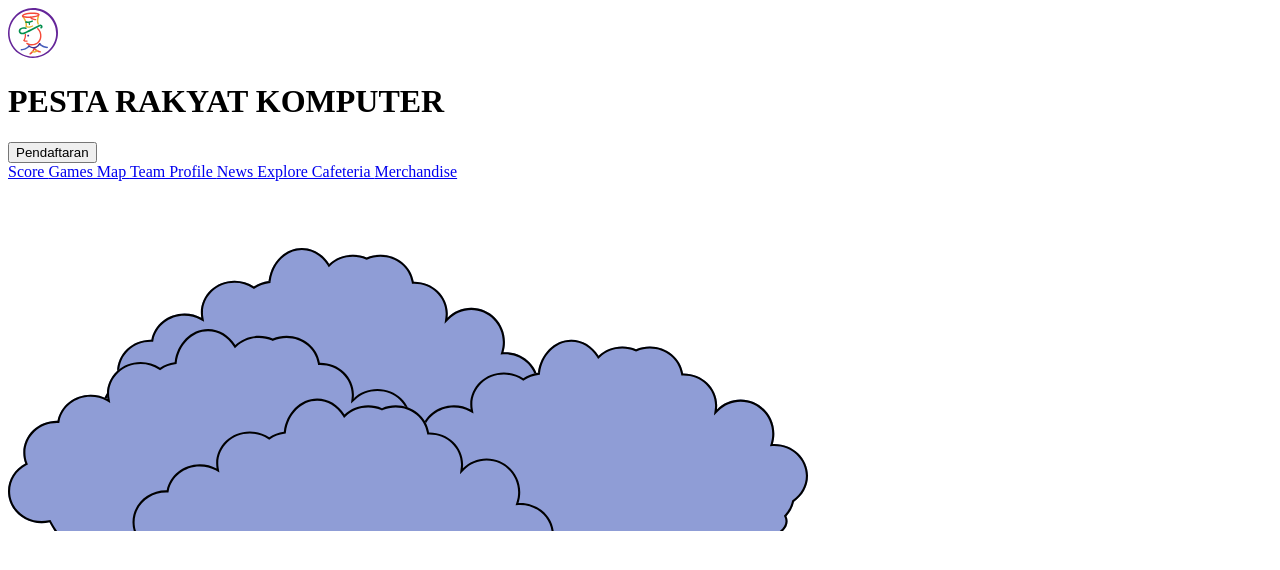
Repository: risalstrr/RegistPerak
Page: /
These files come from the project's save history. The page is drawn as it stood at one moment and after the next save; the edit follows.
The browser window is 1280 px wide. The pictures show the whole page.
The project was rebuilt for these pictures with package versions that can differ from the ones it lists, and the page was loaded fresh each time. The framework's server and built-in components were replaced by stand-ins that run in the browser. Also part of the build but not shown: next.config.js.

Above is the page before, as saved 2021-12-29 18:36:42.

### pages/index.js
import Head from 'next/head'
import Image from 'next/image'
import { useState } from 'react'
// import styles from '../styles/Home.module.css'

export default function Home() {
    const [isMobile, setIsMobile] = useState(false)
    return ( <
        div className = "bg-[#EBC761] w-full min-h-screen" >
        <
        Head >
        <
        title > Homepage Pendaftaran < /title> <
        /Head> <
        div className = 'z-10 flex flex-col lg:flex-row bg-[#F1D78E]' >
        <
        div className = 'bg-[#F1D78E] border-b lg:border-b-0 flex items-center justify-between' >
        <
        div className = 'flex items-center' >
        <
        div className = 'relative pt-2 pl-2' >
        <
        Image src = "/logoPerak.svg"
        width = { 50 }
        height = { 50 }
        alt = "logoPerak" /
        >
        <
        /div> <
        div className = 'text-sm md: pl-3 font-bold font-sans' >
        <
        h1 > PESTA RAKYAT KOMPUTER < /h1> <
        /div> <
        /div> <
        div className = 'pr-5 block lg:hidden' >
        <
        button className = 'font-bold font-sans'
        onClick = {
            () => setIsMobile(true) } > Pendaftaran < /button> <
        /div> <
        /div> <
        div className = 'lg:flex flex-col lg:flex-row justify-end bg-[#F1D78E] w-full py-4 lg:py-0 hidden md:hidden' >
        <
        div className = ' flex flex-col lg:flex-row' >
        <
        a href = "#"
        className = 'block px-4 py-3 lg:py-4 text-sm font-bold font-sans ' > Score < /a> <
        a href = "#"
        className = 'block px-4 py-3 lg:py-4 text-sm font-bold font-sans' > Games Map < /a> <
        a href = "#"
        className = 'block px-4 py-3 lg:py-4 text-sm font-bold font-sans' > Team Profile < /a> <
        a href = "#"
        className = 'block px-4 py-3 lg:py-4 text-sm font-bold font-sans' > News < /a> <
        a href = "#"
        className = 'block px-4 py-3 lg:py-4 text-sm font-bold font-sans' > Explore Cafeteria < /a> <
        a href = "#"
        className = 'block px-4 py-3 lg:py-4 text-sm font-bold font-sans' > Merchandise < /a> <
        /div> <
        /div> <
        /div>   {
            /* <div className='relative mr-40 '>
                    <div className='absolute top-40 right-80'>
                    <Image
                      src="/kuning.svg"
                      width = {330}
                      height = {300}
                      alt = "kuning"
                    />
                  </div> */
        } <
        div className = 'hidden lg:block lg:absolute -bottom-10 -left-5' >
        <
        Image src = "/leftcloud.svg"
        width = { 800 }
        height = { 350 }
        alt = "biru" /
        > { /* </div>  */ } <
        /div> <
        /div>
    )
}

After the next save:
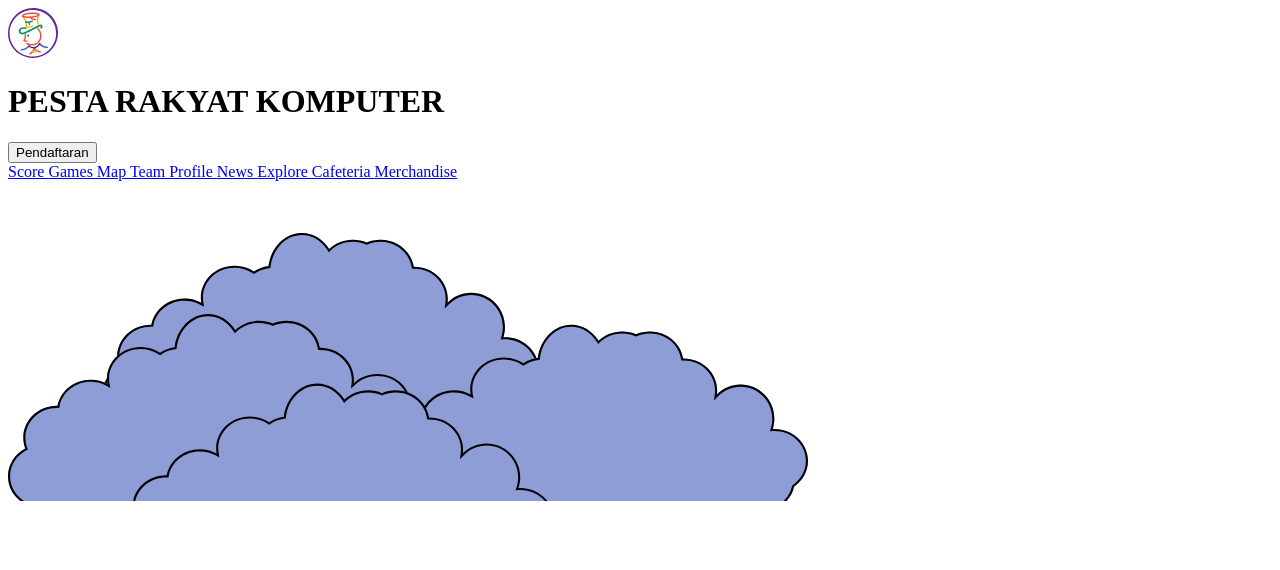
Saved 7 s later.
--- a/pages/index.js
+++ b/pages/index.js
@@ -72,7 +72,7 @@ export default function Home() {
         <
         Image src = "/leftcloud.svg"
         width = { 800 }
-        height = { 350 }
+        height = { 320 }
         alt = "biru" /
         > { /* </div>  */ } <
         /div> <
